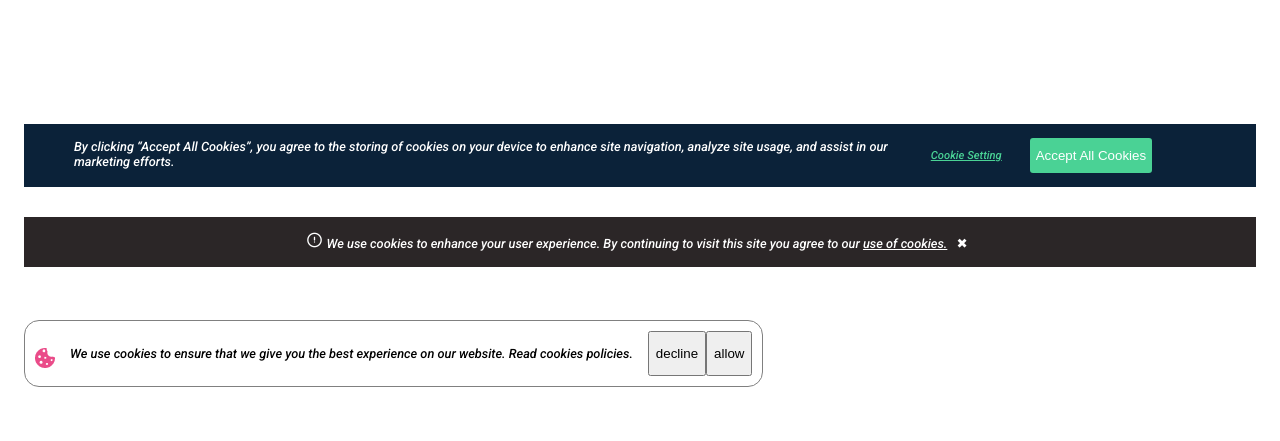
Repository: batonAnton/cursor_cookies_lectr3
Page: index.html
These files come from the project's save history. The page is drawn as it stood at one moment and after the next save; the edit follows.
The browser window is 1280 px wide. The pictures show the whole page.

Above is the page before, as saved 2022-06-01 12:38:48.

### index.html
<!DOCTYPE html>
<html lang="en">
<head>
    <meta charset="UTF-8">
    <meta http-equiv="X-UA-Compatible" content="IE=edge">
    <meta name="viewport" content="width=device-width, initial-scale=1.0">
    <link rel="preconnect" href="https://fonts.googleapis.com">
    <link rel="preconnect" href="https://fonts.gstatic.com" crossorigin>
    <link href="https://fonts.googleapis.com/css2?family=Roboto:ital,wght@1,500&display=swap" rel="stylesheet">
    <link rel="stylesheet" href="/css/style.css">
    <title>Cookie Banner</title>
</head>
<body>
    <div class="container">
        <div class="banner_1">
            <p>By clicking “Accept All Cookies”, you agree to the storing of cookies on your device to enhance site navigation, analyze site usage, and assist in our <br> marketing efforts.</p>
            <a href="#">cookie setting</a>
            <button>accept all cookies</button>
        </div>

        <div class="banner_2">
            <p> <img src="/images/exclamation mark.png" alt="mark"> We use cookies to enhance your user experience. By continuing to visit this site you agree to our <span class="under_span">use of cookies.</span>
                <button><span>&#10006</span></button>
            </div></p>
        </div>

        <div class="banner_3">
            <img src="/images/pink_cookies.png" alt="img cookies">
            <p>We use cookies to ensure that we give you the best experience on our website. Read cookies policies. </p>
            <button class="false_btn">decline</button>
            <button class="true_btn">allow</button>
        </div>
    </div>
</body>
</html>

### css/style.css
body {
  margin: 124px 24px;
  font-family: "Roboto", sans-serif;
}
p {
  font-size: 0.8rem;
}

.banner_1 {
  width: 100%;
  display: inline-flex;
  background-color: #0b2239;
}

.banner_1 p {
  color: #ffffff;
  margin: 15px 15px 15px 50px;
}

.banner_1 a {
  color: #4ad295;
  margin: 25px 28px;
  font-size: 0.7rem;
  text-transform: capitalize;
}

.banner_1 button {
  color: #ffffff;
  background-color: #4ad295;
  margin: 14px 50px 0px 0px;
  height: 35px;
  text-transform: capitalize;
  border-radius: 3px;
  border: none;
}

.banner_2 {
  width: 100%;
  margin-top: 30px;
  background-color: #2b2627;
  display: inline-flex;
}

.banner_2 p {
  color: #ffffff;
  margin: 15px auto;
}

.banner_2 button {
  border: none;
  color: #ffffff;
  background-color: #2b2627;
}

.under_span {
  text-decoration: underline;
}

.banner_3 {
  display: inline-flex;
  margin-top: 40px;
  border-radius: 15px;
  border: 1px solid gray;
  padding: 10px;
}

.banner_3 p {
  margin: 15px;
}

.banner_3 img {
  height: 20px;
  margin-top: 17px;
}

After the next save:
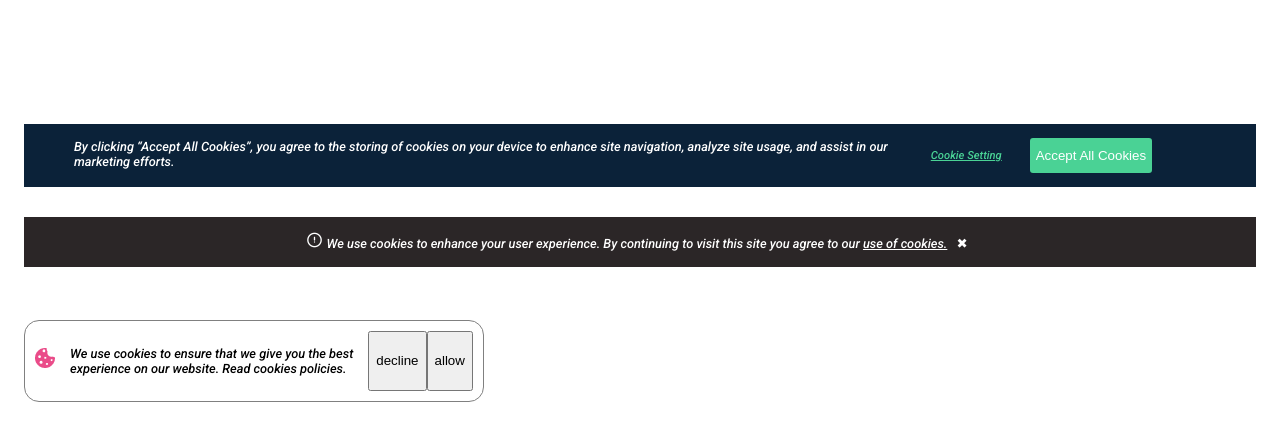
Saved 100 s later.
--- a/index.html
+++ b/index.html
@@ -26,7 +26,7 @@
 
         <div class="banner_3">
             <img src="/images/pink_cookies.png" alt="img cookies">
-            <p>We use cookies to ensure that we give you the best experience on our website. Read cookies policies. </p>
+            <p>We use cookies to ensure that we give you the best <br> experience on our website. Read cookies policies. </p>
             <button class="false_btn">decline</button>
             <button class="true_btn">allow</button>
         </div>
